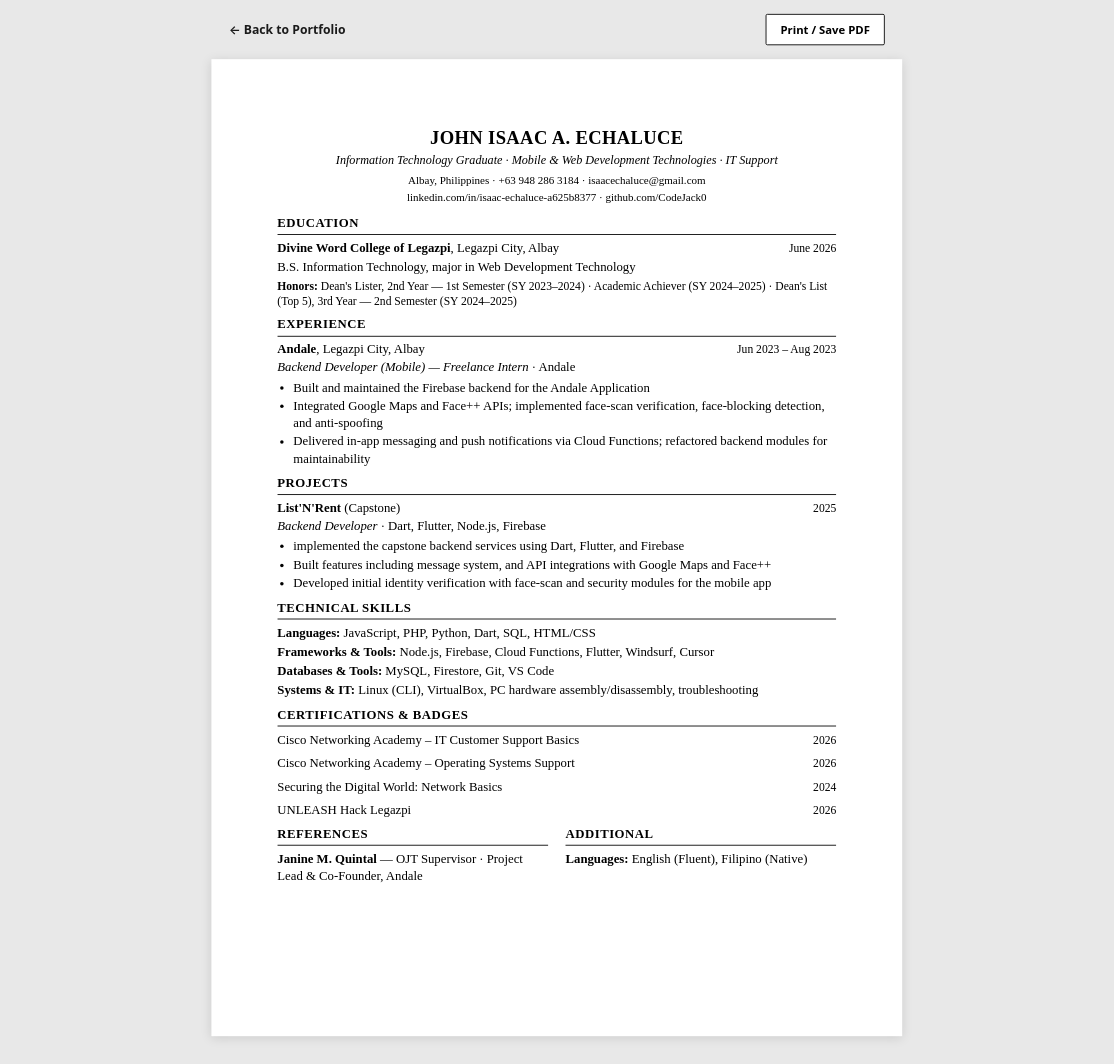
Repository: CodeJack0/Professional_Portfolio
Page: js/pages/resume.html
The author's editor kept a copy of each file at every save. The page is drawn from the files as they stood at one save, then again after the next save.
The browser window is 1280 px wide. The pictures show the whole page, at 87% of full size.

Above is the page before, as saved 2026-05-29 20:38:06.

After the next save:
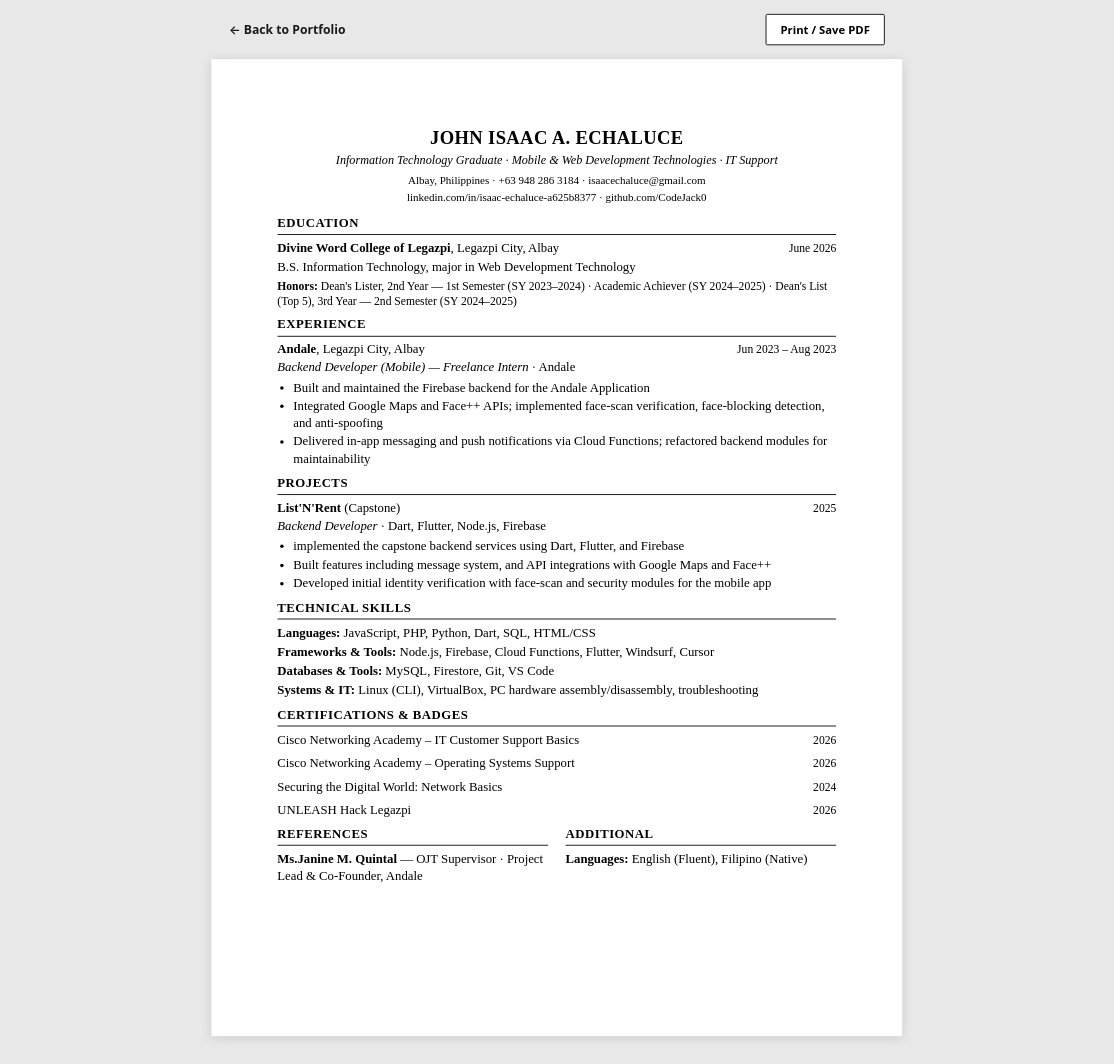
Saved 10 s later.
--- a/js/pages/resume.html
+++ b/js/pages/resume.html
@@ -127,7 +127,7 @@
         <div class="resume-two-col">
           <div>
             <h2 class="resume-section-title">References</h2>
-            <p class="skills-line"><strong>Janine M. Quintal</strong> — OJT Supervisor · Project Lead &amp; Co-Founder, Andale</p>
+            <p class="skills-line"><strong>Ms.Janine M. Quintal</strong> — OJT Supervisor · Project Lead &amp; Co-Founder, Andale</p>
           </div>
           <div>
             <h2 class="resume-section-title">Additional</h2>
